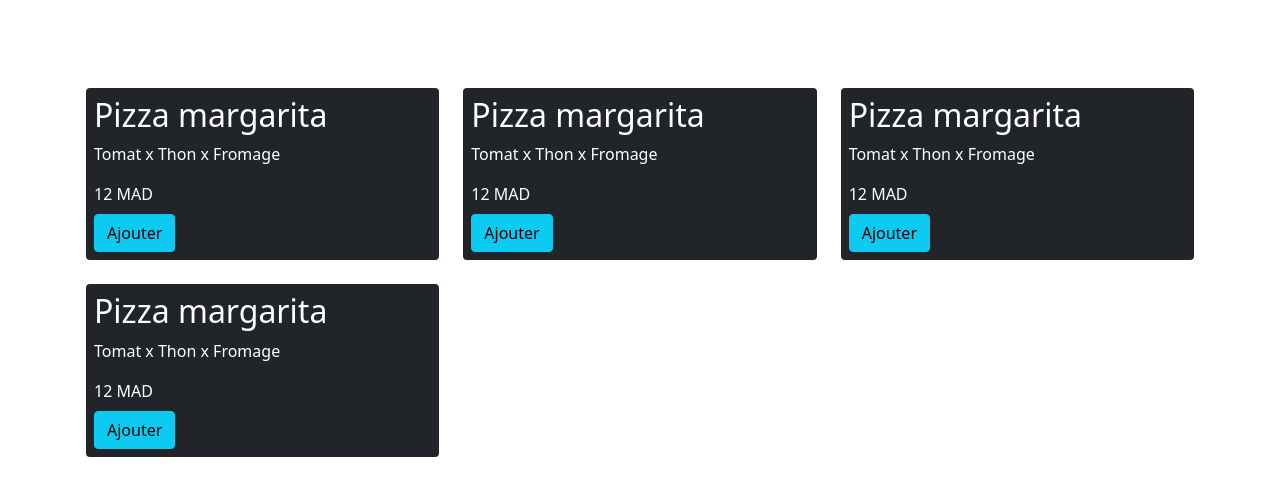
Repository: FS-23/my-restaurant
Page: /
An editor plug-in stored every save of this project. The page is shown before and after the next save, followed by the edit.
The browser window is 1280 px wide. The pictures show the whole page.
The project was rebuilt for these pictures with package versions that can differ from the ones it lists, and the page was loaded fresh each time.

Above is the page before, as saved 2022-04-29 14:00:04.

After the next save:
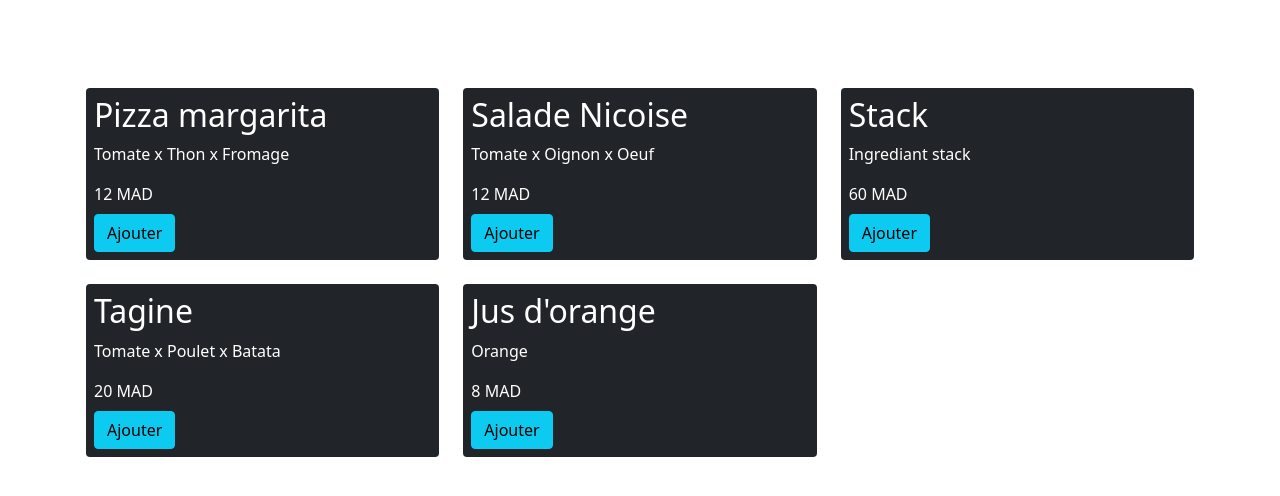
Saved 72 s later.
--- a/src/components/Menu.js
+++ b/src/components/Menu.js
@@ -10,10 +10,10 @@ function Menu(){
 
     return (
         <div className="row">
-            < Plat name="Pizza margarita" price="12" ingredient="Tomat x Thon x Fromage" />
-            < Plat name="Pizza margarita" price="12" ingredient="Tomat x Thon x Fromage" />
-            < Plat name="Pizza margarita" price="12" ingredient="Tomat x Thon x Fromage" />
-            < Plat name="Pizza margarita" price="12" ingredient="Tomat x Thon x Fromage" />
+           {
+               menuList.map((menu) =>   < Plat name= {menu.name} price={menu.price} ingredient={menu.ingredient} />)
+           }
+
         </div>
     )
 }
